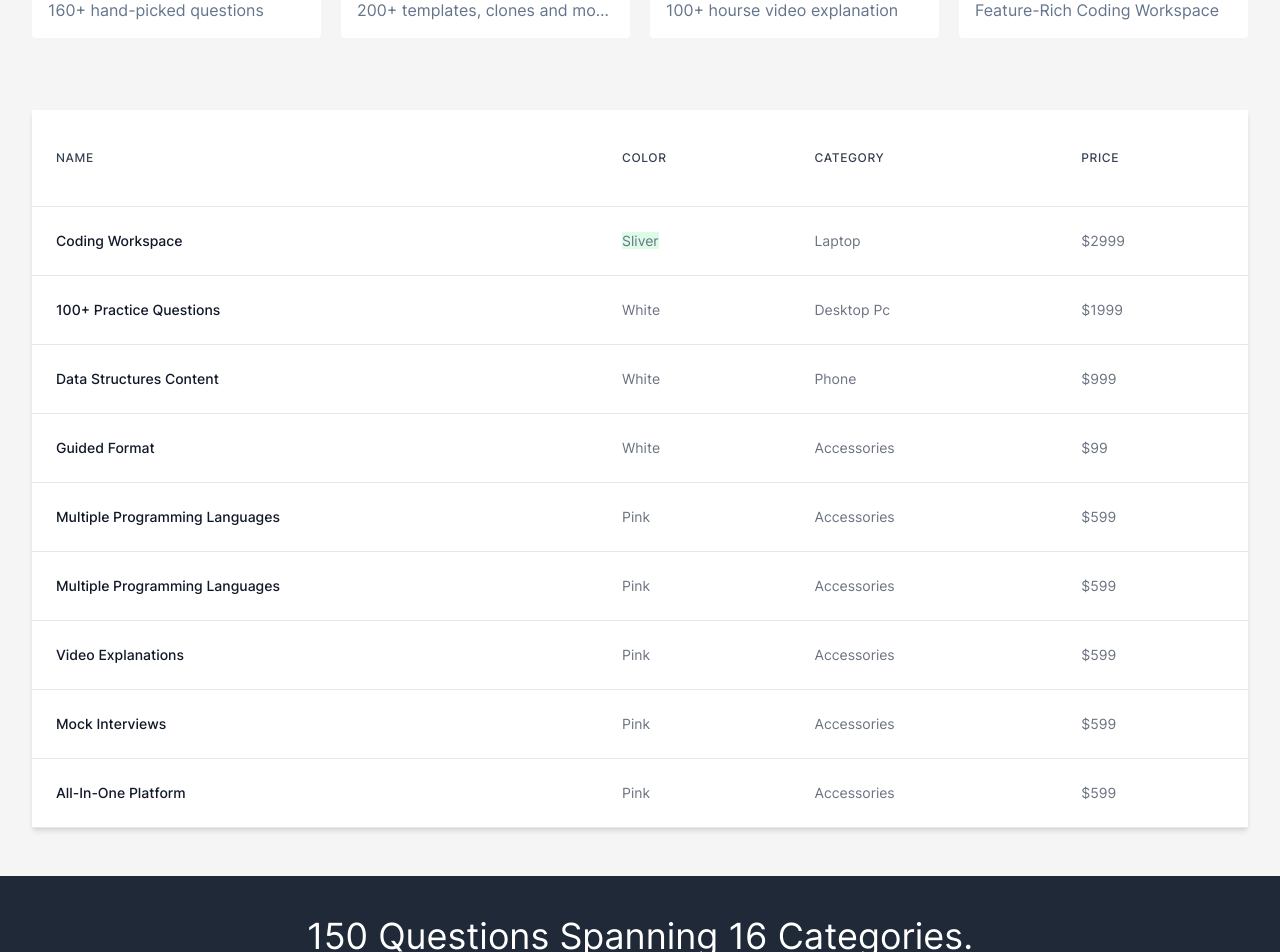
Repository: om1ars/Xjkey
Page: /
An editor plug-in stored every save of this project. The page is shown before and after the next save, followed by the edit.
The browser window is 1280 px wide. The pictures show the part of the page from y = 865 to 1817 px (the page is 3949 px tall).
The project was rebuilt for these pictures with package versions that can differ from the ones it lists, and the page was loaded fresh each time. The framework's server and built-in components were replaced by stand-ins that run in the browser. Also part of the build but not shown: next.config.js.

Above is the page before, as saved 2022-03-19 02:00:01.

### src/pages/_app.tsx
import "@/css/fonts.css";
// Import Swiper styles
import "swiper/css";
import "swiper/css/free-mode";
import "swiper/css/scrollbar";
import "swiper/css/navigation";
//
import "@/css/main.scss";
import type { AppProps } from "next/app";
import { ThemeProvider } from "next-themes";
import { Header } from "@/components/Header";
import DefaultLayout from "@/layouts/DefaultLayout";

function MyApp({ Component, pageProps }: AppProps) {
  return (
    <ThemeProvider attribute="class" defaultTheme="system">
      <DefaultLayout>
        <Component {...pageProps} />
      </DefaultLayout>
    </ThemeProvider>
  );
}

export default MyApp;

### src/pages/_document.tsx
import NextDocument, {
  Html,
  Head,
  Main,
  NextScript,
  DocumentContext,
} from 'next/document';

export default class Document extends NextDocument {
  static async getInitialProps(ctx: DocumentContext) {
    const initialProps = await NextDocument.getInitialProps(ctx);
    return { ...initialProps };
  }

  render() {
    return (
      <Html lang='en' className='dark'>
        <Head>
          <link href='/favicons/site.webmanifest' rel='manifest' />
          <link href='/favicons/favicon.ico' rel='shortcut icon' />
          <link
            href='/favicons/apple-touch-icon.png'
            rel='apple-touch-icon'
            sizes='180x180'
          />
          <link
            href='/favicons/favicon-32x32.png'
            rel='icon'
            sizes='32x32'
            type='image/png'
          />
          <link
            href='/favicons/favicon-16x16.png'
            rel='icon'
            sizes='16x16'
            type='image/png'
          />
          <link
            rel='mask-icon'
            href='/favicons/safari-pinned-tab.svg'
            color='#6366f1'
          />
          <meta content='#ffffff' name='theme-color' />
          <meta content='#ffffff' name='msapplication-TileColor' />
          <meta
            content='/favicons/browserconfig.xml'
            name='msapplication-config'
          />
        </Head>
        <body className='dark:highlight-white/5 bg-neutral-100 text-slate-900 antialiased dark:bg-gray-800 dark:text-white'>
          <Main />
          <NextScript />
        </body>
      </Html>
    );
  }
}

### src/pages/index.tsx
import React from "react";
import SEO from "@/components/SEO";
import AboutUs from "@/components/HomeComponents/AboutUs";
import Hero from "@/components/HomeComponents/Hero";
import { FeaturedJobs } from "@/components/HomeComponents/FeaturedJobs";
import AlgoFlipCard from "@/components/HomeComponents/FlipCard";
import VideosComponents from "@/components/HomeComponents/VideosComponents";
import CompareTable from "@/components/HomeComponents/CompareTable";
export default function Home() {
  return (
    <>
      <SEO />
      <Hero />
      <main className="mx-auto max-w-screen-xl px-6 sm:px-8">
        <div className="mt-16 space-y-20">
          <FeaturedJobs />
        </div>
      </main>
      <main
        className="mx-auto max-w-screen-xl px-6 sm:px-8 "
        id="video-explanation"
      >
        <div className="mt-16 space-y-20">
          <CompareTable />
        </div>
      </main>
      <div className="mt-10 " id="flipCard">
        <AlgoFlipCard />
      </div>
      <main
        className="mx-auto max-w-screen-xl px-6 sm:px-8 "
        id="video-explanation"
      >
        <div className="mt-16 space-y-20">
          <VideosComponents />
        </div>
      </main>
    </>
  );
}

### src/css/fonts.css
@font-face {
  font-family: "Inter var";
  font-weight: 100 900;
  font-display: swap;
  font-style: normal;
  font-named-instance: "Regular";
  src: url("../fonts/Inter-roman-latin.var.woff2") format("woff2");
}

@font-face {
  font-family: "Inter var";
  font-weight: 100 900;
  font-display: swap;
  font-style: italic;
  font-named-instance: "Italic";
  src: url("../fonts/Inter-italic-latin.var.woff2") format("woff2");
}

### src/css/main.scss
@tailwind base;
@tailwind components;
@tailwind utilities;
@import "./flip-card.scss";
@layer base {
  .dark {
    color-scheme: dark;
  }
}

/* styling Swiper default navigations elements */
.swiper-button-next {
  background-color: theme("colors.white");
  height: 40px;
  width: 40px;
  border-radius: 100px;
  box-shadow: theme("boxShadow.lg");
  transition: all;
  transition-duration: 150ms;
}

html.dark .swiper-button-next {
  background-color: theme("colors.slate.600");
}

.swiper-button-next:hover {
  background-color: theme("colors.slate.200");
}

html.dark .swiper-button-next:hover {
  background-color: theme("colors.slate.400");
}

.swiper-button-next::after {
  color: black;
  font-size: 1rem;
  font-weight: bold;
}
html.dark .swiper-button-next::after {
  color: theme("colors.white");
}

.swiper-button-prev {
  background-color: theme("colors.white");
  height: 40px;
  width: 40px;
  border-radius: 100px;
  box-shadow: theme("boxShadow.lg");
  transition: all;
  transition-duration: 150ms;
}

html.dark .swiper-button-prev {
  background-color: theme("colors.slate.600");
}

.swiper-button-prev:hover {
  background-color: theme("colors.slate.200");
}

html.dark .swiper-button-prev:hover {
  background-color: theme("colors.slate.400");
}

.swiper-button-prev::after {
  color: black;
  font-size: 1rem;
  font-weight: bold;
}
html.dark .swiper-button-prev::after {
  color: theme("colors.white");
}

html.dark .swiper-scrollbar {
  background: rgb(255, 255, 255, 0.2);
}
html.dark .swiper-scrollbar-drag {
  background: rgb(255, 255, 255, 0.6);
}
/* end of styling Swiper default navigations elements */

### src/layouts/DefaultLayout.tsx
import Footer from "@/components/Footer";
import { Header } from "@/components/Header";
import React, { FC } from "react";

export default function DefaultLayout({ children }: any) {
  return (
    <div>
      <Header />
      <main>{children}</main>
      <Footer />
    </div>
  );
}

### src/components/SEO.tsx
import React from "react";
import Head from "next/head";

const defaultMeta = {
  title: "Job Seeking Landing Page - Miad V",
  description: "Exprimental Project",
};

const SEO: React.FC<any> = ({ children, ...customMeta }) => {
  const meta = {
    ...defaultMeta,
    ...customMeta,
  };
  return (
    <Head>
      <meta name="robots" content="noindex" />
      <title>{meta.title}</title>
      <meta name="description" content={meta.description} />
    </Head>
  );
};

export default SEO;

### src/components/HomeComponents/VideosComponents.tsx
import React from "react";

export default function VideosComponents() {
  return (
    <div className="flex justify-between text-justify sm:flex-col  md:flex-col lg:flex-row">
      <div className="w-6/12 pl-5 pr-5">
        <div>
          <h1 className="mb-3 text-4xl text-black">Our Videos Set Us Apart.</h1>
          <p>
            Lorem ipsum dolor sit amet consectetur, adipisicing elit. Unde
            architecto corporis obcaecati quis error autem impedit aliquid id
            fugiat pariatur doloremque, delectus voluptatibus maiores odit ipsa
            aspernatur dolorem quo non.
          </p>
        </div>
        <div className="mt-6 flex sm:flex-col md:flex-col lg:flex-row">
          <div className="mr-6 text-justify">
            <h3 className="mb-3 text-2xl text-black">Conceptual Overview</h3>
            <p>
              Lorem ipsum dolor sit amet, consectetur adipisicing elit. Quos
              beatae culpa eveniet error, nesciunt quo veritatis nihil debitis
              numquam enim totam dolorum esse perspiciatis incidunt labore,
              alias voluptatibus molestiae dignissimos!
            </p>
          </div>
          <div>
            <h3 className="mb-3 text-2xl text-black">Code Walkthrough</h3>
            <p>
              Lorem ipsum dolor sit amet, consectetur adipisicing elit. Quos
              beatae culpa eveniet error, nesciunt quo veritatis nihil debitis
              numquam enim totam dolorum esse perspiciatis incidunt labore,
              alias voluptatibus molestiae dignissimos!
            </p>
          </div>
        </div>
      </div>
      <div className="w-6/12 border"></div>
    </div>
  );
}

### src/components/HomeComponents/CompareTable.tsx
import React from "react";

export default function CompareTable() {
  return (
    <div>
      <div className="flex flex-col">
        <div className="overflow-x-auto sm:-mx-6 lg:-mx-8">
          <div className="inline-block min-w-full py-2 sm:px-6 lg:px-8">
            <div className="overflow-hidden shadow-md ">
              <table className="min-w-full">
                <thead className="bg-white  ">
                  <tr className="">
                    <th
                      scope="col"
                      className="py-3 px-6 text-left text-xs font-medium uppercase tracking-wider text-gray-700 dark:text-gray-400"
                    >
                      Name
                    </th>
                    <th
                      scope="col"
                      className="py-3 px-6   pt-10 pb-10 text-left text-xs font-medium uppercase tracking-wider text-gray-700 dark:text-gray-400"
                    >
                      Color
                    </th>
                    <th
                      scope="col"
                      className="py-3 px-6 text-left text-xs font-medium uppercase tracking-wider text-gray-700 dark:text-gray-400"
                    >
                      Category
                    </th>
                    <th
                      scope="col"
                      className="py-3 px-6 text-left text-xs font-medium uppercase tracking-wider text-gray-700 dark:text-gray-400"
                    >
                      Price
                    </th>

                  </tr>
                </thead>
                <tbody className="bg-white">
                  {/* Product 1 */}
                  <tr className="border-b border-gray-200 ">
                    <td className="whitespace-nowrap border-t py-4 px-6 pt-6 pb-6 text-sm font-medium text-gray-900 dark:text-white">
                      Coding Workspace
                    </td>
                    <td className="whitespace-nowrap border-t py-4 px-6 text-sm text-gray-500 dark:text-gray-400">
                        <span className="bg-green-100 p">
                      Sliver

                        </span>
                    </td>
                    <td className="whitespace-nowrap border-t py-4 px-6 text-sm text-gray-500 dark:text-gray-400">
                      Laptop
                    </td>
                    <td className="whitespace-nowrap border-t py-4 px-6 text-sm text-gray-500 dark:text-gray-400">
                      $2999
                    </td>
                  </tr>
                  {/* Product 2 */}
                  <tr className="border-b border-gray-200 ">
                    <td className="whitespace-nowrap py-4 px-6 pt-6 pb-6 text-sm font-medium text-gray-900 dark:text-white">
                      100+ Practice Questions
                    </td>
                    <td className="whitespace-nowrap py-4 px-6 text-sm text-gray-500 dark:text-gray-400">
                      White
                    </td>
                    <td className="whitespace-nowrap py-4 px-6 text-sm text-gray-500 dark:text-gray-400">
                      Desktop Pc
                    </td>
                    <td className="whitespace-nowrap py-4 px-6 text-sm text-gray-500 dark:text-gray-400">
                      $1999
                    </td>
                  </tr>
                  {/* Product 3 */}
                  <tr className="border-b border-gray-200 ">
                    <td className="whitespace-nowrap py-4 px-6 pt-6 pb-6 text-sm font-medium text-gray-900 dark:text-white">
                      Data Structures Content
                    </td>
                    <td className="whitespace-nowrap py-4 px-6 text-sm text-gray-500 dark:text-gray-400">
                      White
                    </td>
                    <td className="whitespace-nowrap py-4 px-6 text-sm text-gray-500 dark:text-gray-400">
                      Phone
                    </td>
                    <td className="whitespace-nowrap py-4 px-6 text-sm text-gray-500 dark:text-gray-400">
                      $999
                    </td>
                  </tr>
                  {/* Product 4 */}
                  <tr className="border-b border-gray-200 ">
                    <td className="whitespace-nowrap py-4 px-6 pt-6 pb-6 text-sm font-medium text-gray-900 dark:text-white">
                      Guided Format
                    </td>
                    <td className="whitespace-nowrap py-4 px-6 text-sm text-gray-500 dark:text-gray-400">
                      White
                    </td>
                    <td className="whitespace-nowrap py-4 px-6 text-sm text-gray-500 dark:text-gray-400">
                      Accessories
                    </td>
                    <td className="whitespace-nowrap py-4 px-6 text-sm text-gray-500 dark:text-gray-400">
                      $99
                    </td>
                  </tr>
                  {/* Product 5 */}
                  <tr className="border-b border-gray-200 ">
                    <td className="whitespace-nowrap py-4 px-6 pt-6 pb-6 text-sm font-medium text-gray-900 dark:text-white">
                      Multiple Programming Languages{" "}
                    </td>
                    <td className="whitespace-nowrap py-4 px-6 text-sm text-gray-500 dark:text-gray-400">
                      Pink
                    </td>
                    <td className="whitespace-nowrap py-4 px-6 text-sm text-gray-500 dark:text-gray-400">
                      Accessories
                    </td>
                    <td className="whitespace-nowrap py-4 px-6 text-sm text-gray-500 dark:text-gray-400">
                      $599
                    </td>
                  </tr>
                  <tr className="border-b border-gray-200 ">
                    <td className="whitespace-nowrap py-4 px-6 pt-6 pb-6 text-sm font-medium text-gray-900 dark:text-white">
                      Multiple Programming Languages{" "}
                    </td>
                    <td className="whitespace-nowrap py-4 px-6 text-sm text-gray-500 dark:text-gray-400">
                      Pink
                    </td>
                    <td className="whitespace-nowrap py-4 px-6 text-sm text-gray-500 dark:text-gray-400">
                      Accessories
                    </td>
                    <td className="whitespace-nowrap py-4 px-6 text-sm text-gray-500 dark:text-gray-400">
                      $599
                    </td>
                  </tr>
                  <tr className="border-b border-gray-200 ">
                    <td className="whitespace-nowrap py-4 px-6 pt-6 pb-6 text-sm font-medium text-gray-900 dark:text-white">
                      Video Explanations
                    </td>
                    <td className="whitespace-nowrap py-4 px-6 text-sm text-gray-500 dark:text-gray-400">
                      Pink
                    </td>
                    <td className="whitespace-nowrap py-4 px-6 text-sm text-gray-500 dark:text-gray-400">
                      Accessories
                    </td>
                    <td className="whitespace-nowrap py-4 px-6 text-sm text-gray-500 dark:text-gray-400">
                      $599
                    </td>

                  </tr>
                  <tr className="border-b border-gray-200 ">
                    <td className="whitespace-nowrap py-4 px-6 pt-6 pb-6 text-sm font-medium text-gray-900 dark:text-white">
                      Mock Interviews
                    </td>
                    <td className="whitespace-nowrap py-4 px-6 text-sm text-gray-500 dark:text-gray-400">
                      Pink
                    </td>
                    <td className="whitespace-nowrap py-4 px-6 text-sm text-gray-500 dark:text-gray-400">
                      Accessories
                    </td>
                    <td className="whitespace-nowrap py-4 px-6 text-sm text-gray-500 dark:text-gray-400">
                      $599
                    </td>
                  </tr>
                  <tr className="border-b border-gray-200 ">
                    <td className="whitespace-nowrap py-4 px-6 pt-6 pb-6 text-sm font-medium text-gray-900 dark:text-white">
                      All-In-One Platform
                    </td>
                    <td className="whitespace-nowrap py-4 px-6 text-sm text-gray-500 dark:text-gray-400">
                      Pink
                    </td>
                    <td className="whitespace-nowrap py-4 px-6 text-sm text-gray-500 dark:text-gray-400">
                      Accessories
                    </td>
                    <td className="whitespace-nowrap py-4 px-6 text-sm text-gray-500 dark:text-gray-400">
                      $599
                    </td>
                  </tr>
                </tbody>
              </table>
            </div>
          </div>
        </div>
      </div>
    </div>
  );
}

### src/css/flip-card.scss
.algo_flip_card_container {
  width: 100%;
  padding: 40px;
  height: 100%;
  background: #1f2937;
  //   display: flex;
  justify-content: center;
  align-items: center;
}
.services-box {
  display: flex;
  justify-content: center;
  align-items: center;
  flex-wrap: wrap;
}

.service {
  margin: 8px;
}

.flip-box {
  background-color: transparent;
  width: 300px;
  height: 200px;
  //   border: 1px solid #15314b;
  border-radius: 10px;
  perspective: 1000px;
}

.flip-box-inner {
  position: relative;
  width: 100%;
  height: 100%;
  text-align: center;
  transition: transform 0.4s;
  transform-style: preserve-3d;

  display: flex;
  justify-content: center;
  align-items: center;
}

.flip-box:hover .flip-box-inner {
  transform: rotateY(180deg);
}

.flip-box-front,
.flip-box-back {
  position: absolute;
  width: 100%;
  height: 100%;
  -webkit-backface-visibility: hidden;
  backface-visibility: hidden;

  display: flex;
  justify-content: center;
  align-items: center;
  flex-direction: column;
}

.flip-box-front {
  background-color: #15314b;
  color: white;
  border-radius: 10px;
}

.flip-box-front img {
  height: 50px;
  width: 50px;
}

.flip-box-back {
  background-color: #15314b;
  color: white;
  transform: rotateY(180deg);
  border-radius: 10px;
  padding: 16px;
}

### src/components/Footer.tsx
import React from "react";

export default function Footer() {
  return (
    <div>
      <div className="bg-darkBg text-whiteBg flex flex-col items-center justify-center pl-48 pr-48 pt-16 pb-10">
        <div className="lg:flex sm:flex md:flex sm:flex-wrap md:flex-wrap ">
          <div className="ml-4 flex ">
            <span className="mr-2 ml-2">Contact us</span>
            <div className=" ml-2 w-0.5 bg-gray-500"></div>
          </div>
          <div className="ml-4 flex ">
            <span className="mr-2 ml-2">FAQ</span>
            <div className=" ml-2 w-0.5 bg-gray-500"></div>
          </div>
          <div className="ml-4 flex ">
            <span className="mr-2 ml-2">Reviews</span>
            <div className=" ml-2 w-0.5 bg-gray-500"></div>
          </div>
          <div className="ml-4 flex ">
            <span className="mr-2 ml-2">Blog</span>
            <div className=" ml-2 w-0.5 bg-gray-500"></div>
          </div>
          <div className="ml-4 flex ">
            <span className="mr-2 ml-2">Jobs</span>
            <div className=" ml-2 w-0.5 bg-gray-500"></div>
          </div>
          <div className="ml-4 flex ">
            <span className="mr-2 ml-2 ">Legal stuff</span>
          </div>

        </div>
        <div className="mt-6">
          <span>Copyright © 2017-2022 EzCode LLC. All rights reserved.</span>
        </div>
      </div>
    </div>
  );
}

### src/components/Logo.tsx
import clsx from "clsx";
import React from "react";

export default function Logo() {
  return (
    <span
      className={clsx(
        "bg-gradient-to-r from-fuchsia-800 via-purple-600 to-indigo-800 bg-clip-text align-middle text-3xl font-black tracking-widest text-transparent"
      )}
    >
      HIREDLi
    </span>
  );
}

### src/utils/assertions.ts
export const __DEV__ = process.env.NODE_ENV !== "production";

Loaded but not shown: tailwind.config.js (18 lines, source omitted); src/components/Header.tsx (699 lines, source omitted); src/components/HomeComponents/FlipCard.tsx (283 lines, source omitted); src/components/HomeComponents/AuthenticationDialog.tsx (206 lines, source omitted); src/components/ThemeToggle.tsx (220 lines, source omitted); src/components/HomeComponents/Hero.tsx (170 lines, source omitted); src/components/HomeComponents/FeaturedJobs.tsx (143 lines, source omitted); src/components/Button/index.tsx (185 lines, source omitted)

After the next save:
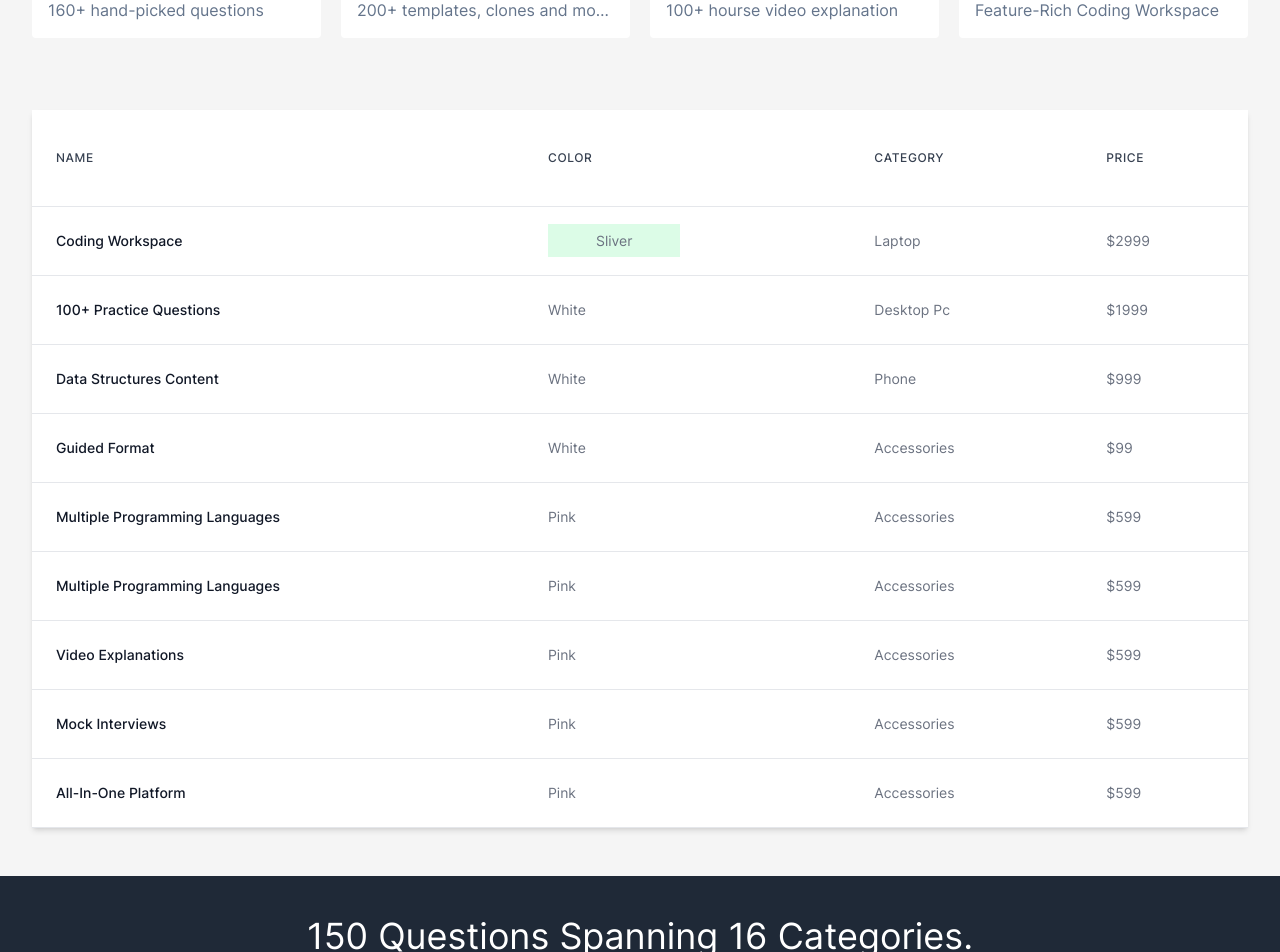
Saved 6 s later.
--- a/src/components/HomeComponents/CompareTable.tsx
+++ b/src/components/HomeComponents/CompareTable.tsx
@@ -44,7 +44,7 @@ export default function CompareTable() {
                       Coding Workspace
                     </td>
                     <td className="whitespace-nowrap border-t py-4 px-6 text-sm text-gray-500 dark:text-gray-400">
-                        <span className="bg-green-100 p">
+                        <span className="bg-green-100 pl-12 pr-12 pt-2 pb-2">
                       Sliver
 
                         </span>
